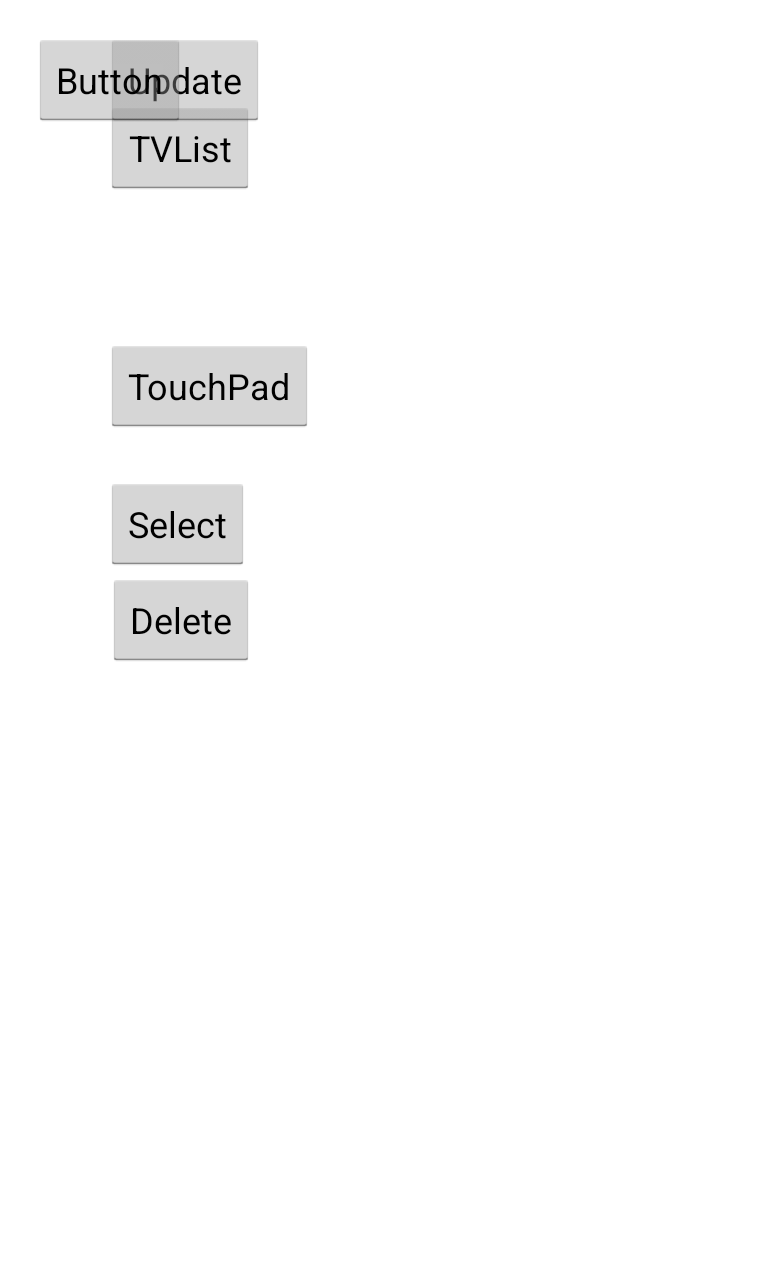
Repository: corestick/Beemote-Controler
Layout: Beemote-Controller/res/layout/activity_beemote.xml
The author's editor kept a copy of each file at every save. The layout is drawn from the files as they stood at one save, then again after a run of saves.
It is drawn on a 768 x 1280 px phone screen (xhdpi) without system bars, with theme AppTheme; the app's code is not run.

Above is the layout before, as saved 2013-09-04 05:21:57.

After the next 2 saves:
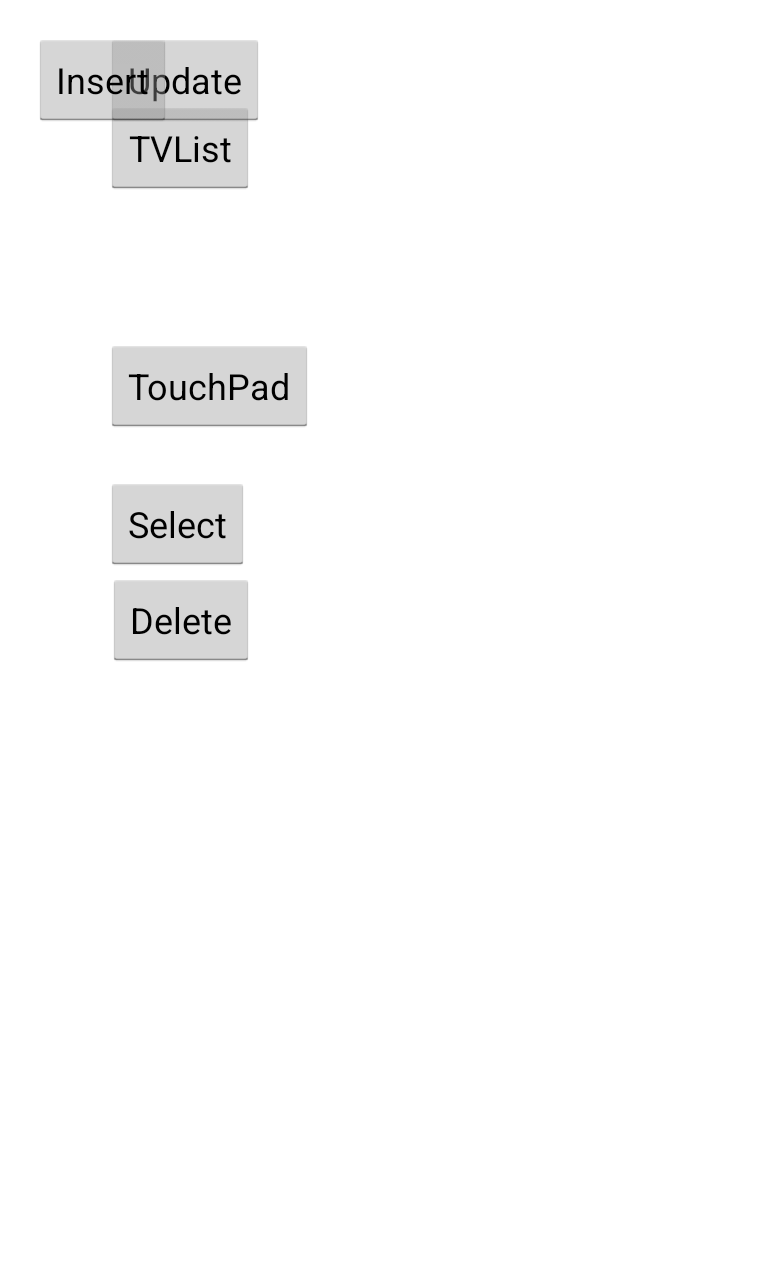
The 2 saves are shown as one change because they came seconds apart.
The last was saved 7 s later.
--- a/Beemote-Controller/res/layout/activity_beemote.xml
+++ b/Beemote-Controller/res/layout/activity_beemote.xml
@@ -53,11 +53,11 @@
         android:text="Update" />
 
     <Button
-        android:id="@+id/button3"
+        android:id="@+id/btnInsert"
         android:layout_width="wrap_content"
         android:layout_height="wrap_content"
         android:layout_alignLeft="@+id/button2"
         android:layout_below="@+id/button2"
-        android:text="Button" />
+        android:text="Insert" />
 
 </RelativeLayout>
